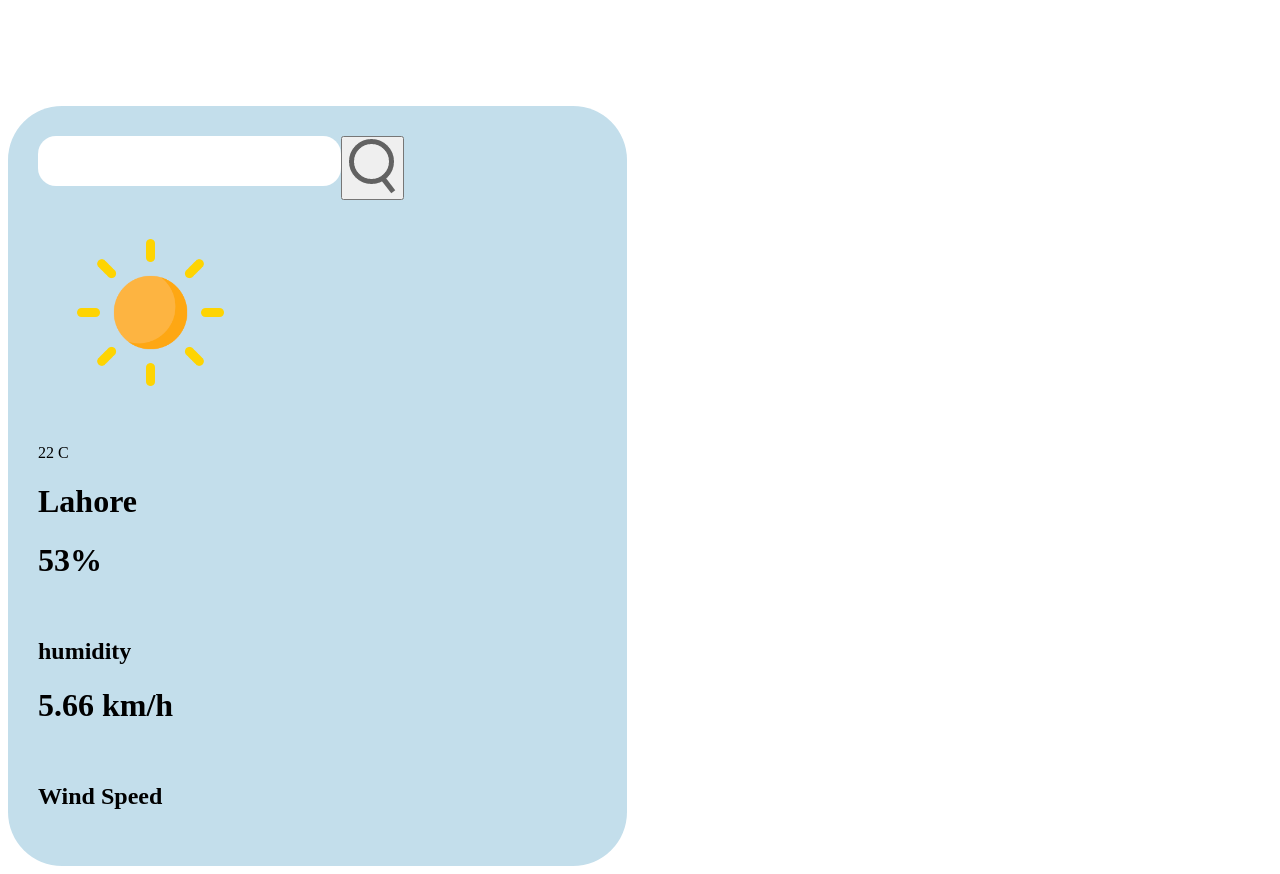
Repository: WajihaGul/Javascripts-Projects
Page: WEATHER APP/index.html
An editor plug-in stored every save of this project. The page is shown before and after the next save, followed by the edit.
The browser window is 1280 px wide. The pictures show the whole page.

Above is the page before, as saved 2024-06-07 15:26:29.
Not found: WEATHER APP/script.js

After the next save:
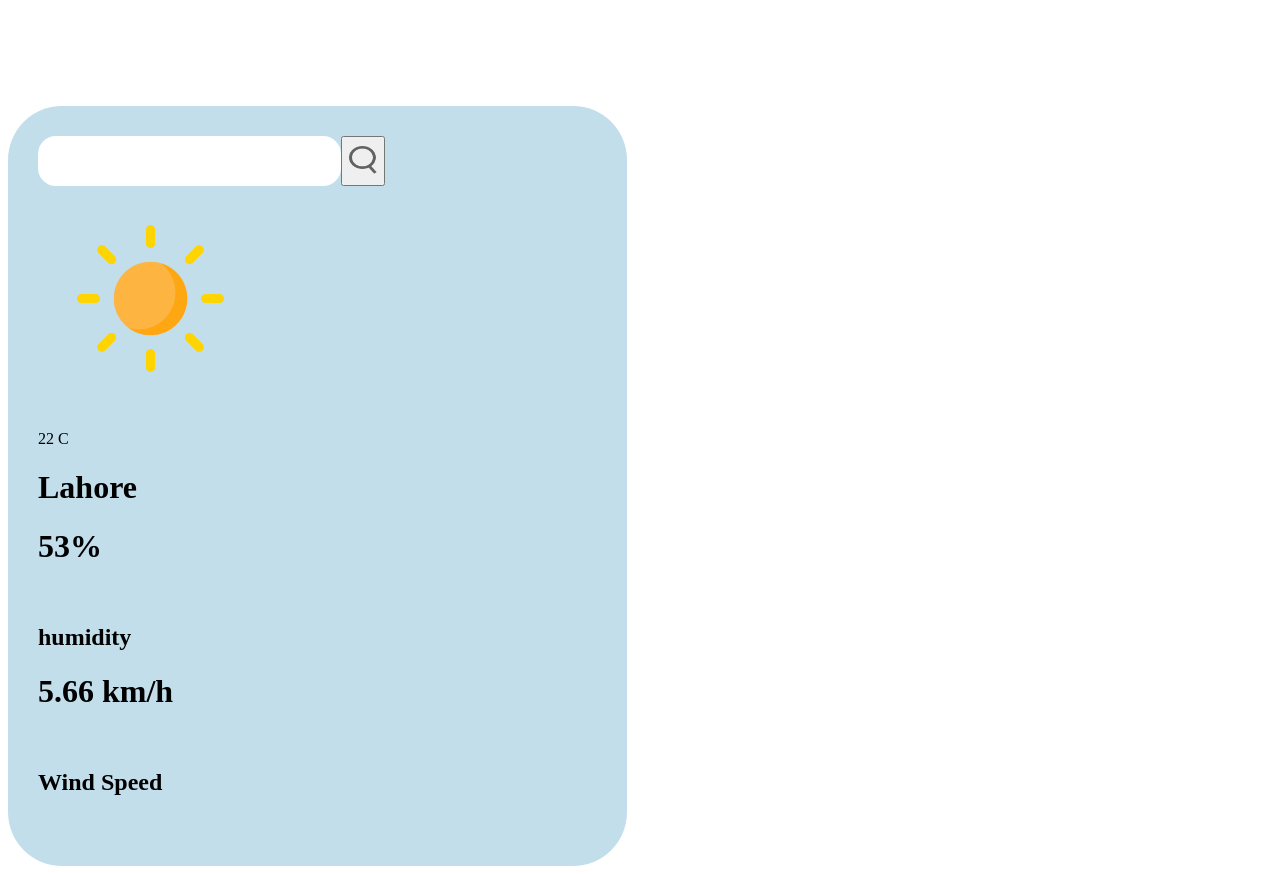
Saved 10 min 58 s later.
--- a/WEATHER APP/index.html
+++ b/WEATHER APP/index.html
@@ -12,7 +12,7 @@
             <div class="MainDiv">
                 <div class="SearchDiv" >
                 <input type="search" class="SearchInput">
-                <button class="SearchLogo"><img src="/images/search.png" alt="SearchLogo"></button>
+                <button class="SearchLogo"><img src="/images/search.png" class="btnimg" alt="SearchLogo"></button>
             </div>
 
             <div class="SecDiv">
--- a/WEATHER APP/style.css
+++ b/WEATHER APP/style.css
@@ -19,3 +19,8 @@
     display: flex;
     flex-direction: row;
 }
+.btnimg{
+        cursor: pointer;
+    height: 28px;
+    width: 28px;
+}
